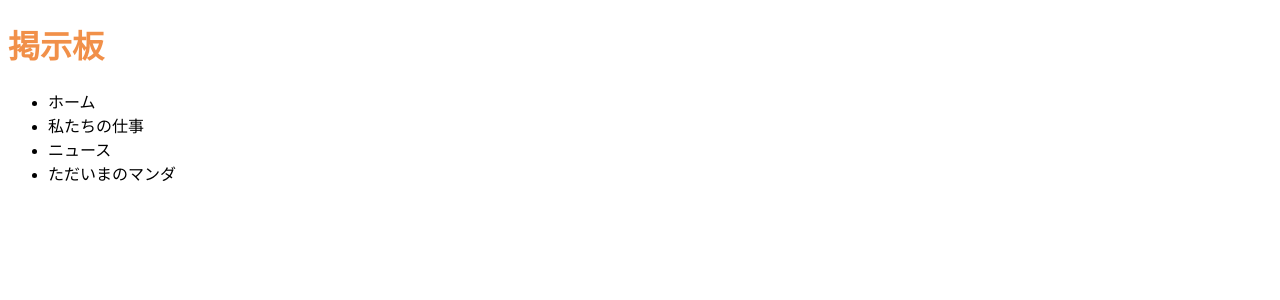
Repository: KustomApe/LandorusInc
Page: index.html
The author's editor kept a copy of each file at every save. The page is drawn from the files as they stood at one save, then again after the next save.
The browser window is 1280 px wide. The pictures show the whole page.

Above is the page before, as saved 2021-06-26 14:22:54.

After the next save:
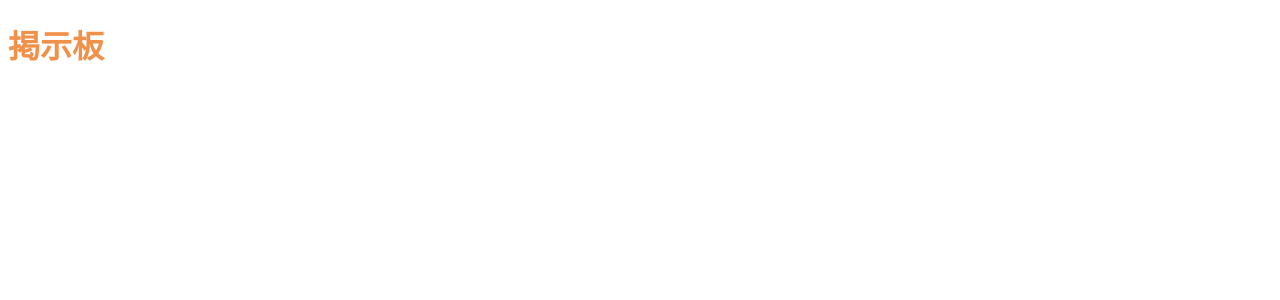
Saved 6 s later.
--- a/index.html
+++ b/index.html
@@ -9,12 +9,7 @@
 </head>
 <body>
 <h1>掲示板</h1>
-<ul>
-    <li>ホーム</li>
-    <li>私たちの仕事</li>
-    <li>ニュース</li>
-    <li>ただいまのマンダ</li>
-</ul>
+
 
 </body>
 </html>
